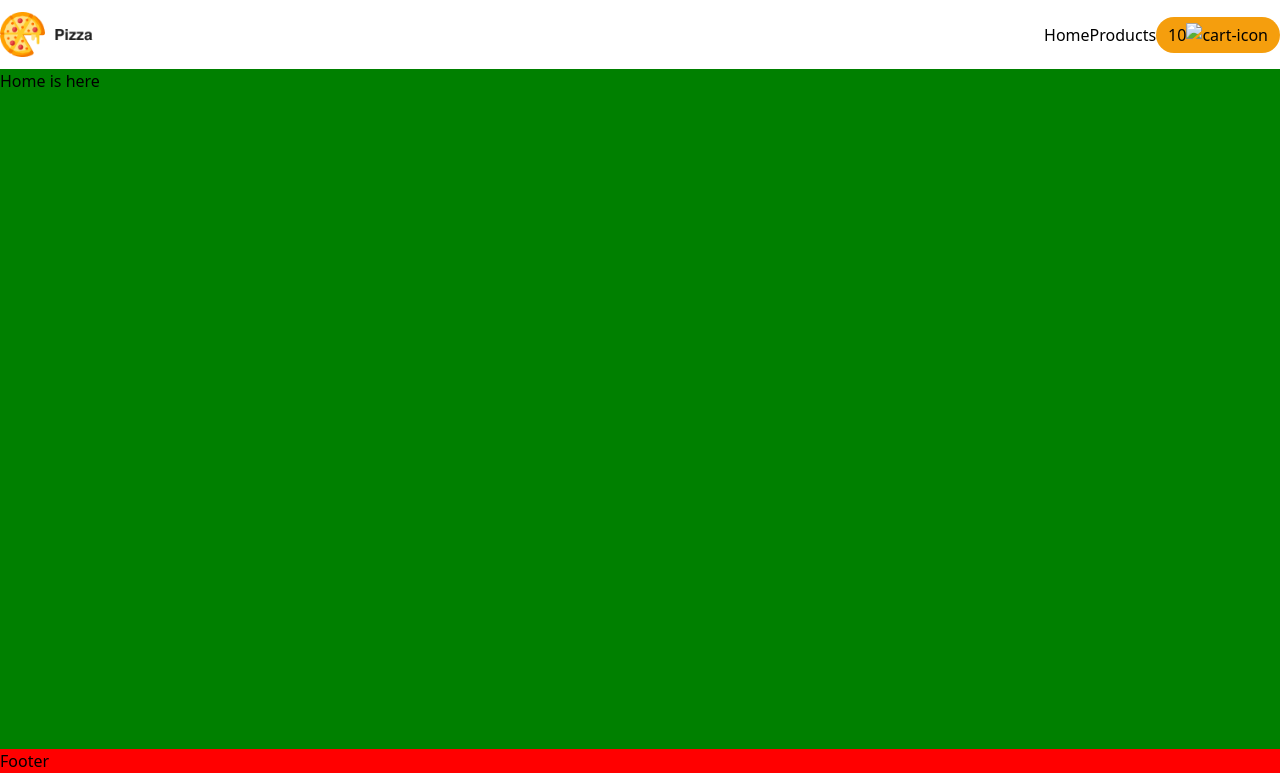
Repository: yuv-raj-25/pizza-youtube
Page: /
These files come from the project's save history. The page is drawn as it stood at one moment and after the next save; the edit follows.
The browser window is 1280 px wide. The pictures show the whole page.
Some web libraries are served in a nearby version. The project was rebuilt for these pictures with package versions that can differ from the ones it lists, and the page was loaded fresh each time. Also part of the build but not shown: src/pages/About.jsx.

Above is the page before, as saved 2023-08-16 19:44:19.

After the next save:
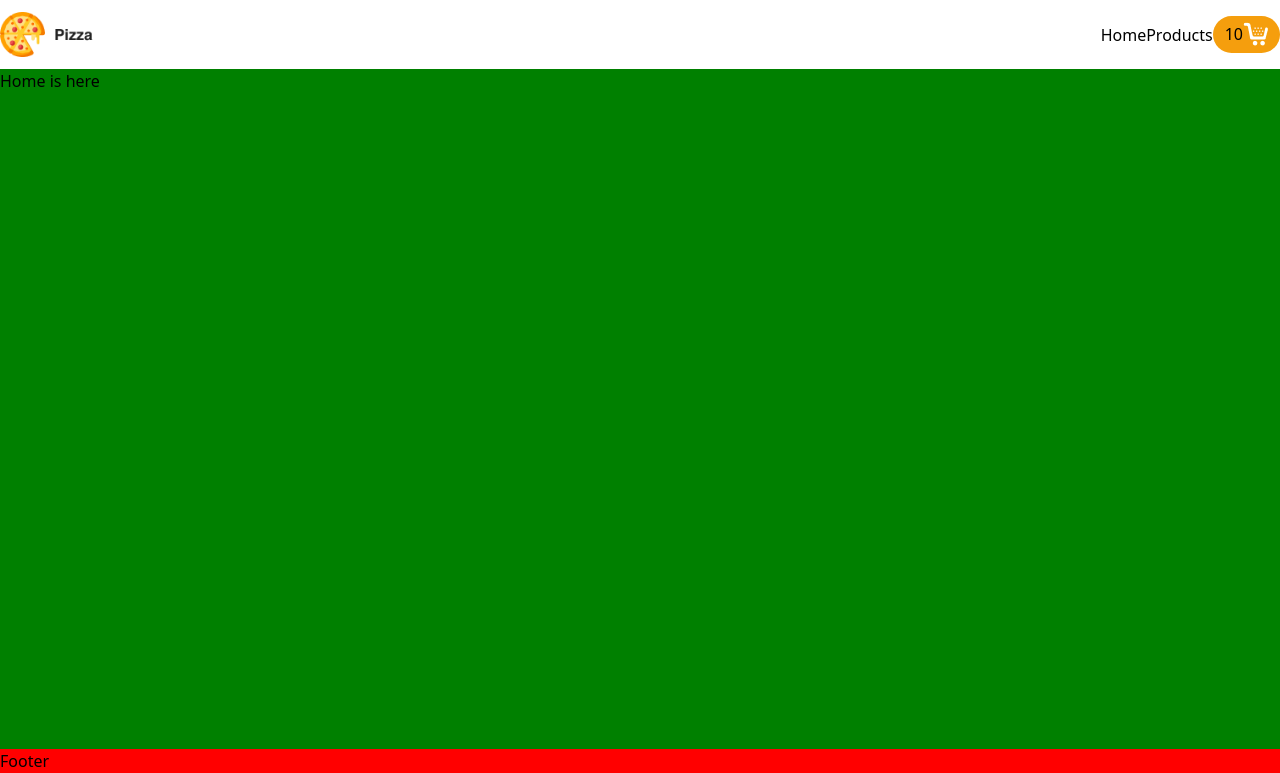
Saved 21 s later.
--- a/src/pages/Navbar.jsx
+++ b/src/pages/Navbar.jsx
@@ -25,7 +25,7 @@ const Navbar = () => {
               <Link to = "/Cart">
               <div style={cartstyle}>
                 <span >10</span>
-                <img className=""rc="/images/cart.png" alt="cart-icon" />
+                <img className=""src="/images/cart.png" alt="cart-icon" />
               </div>
               </Link>
 
